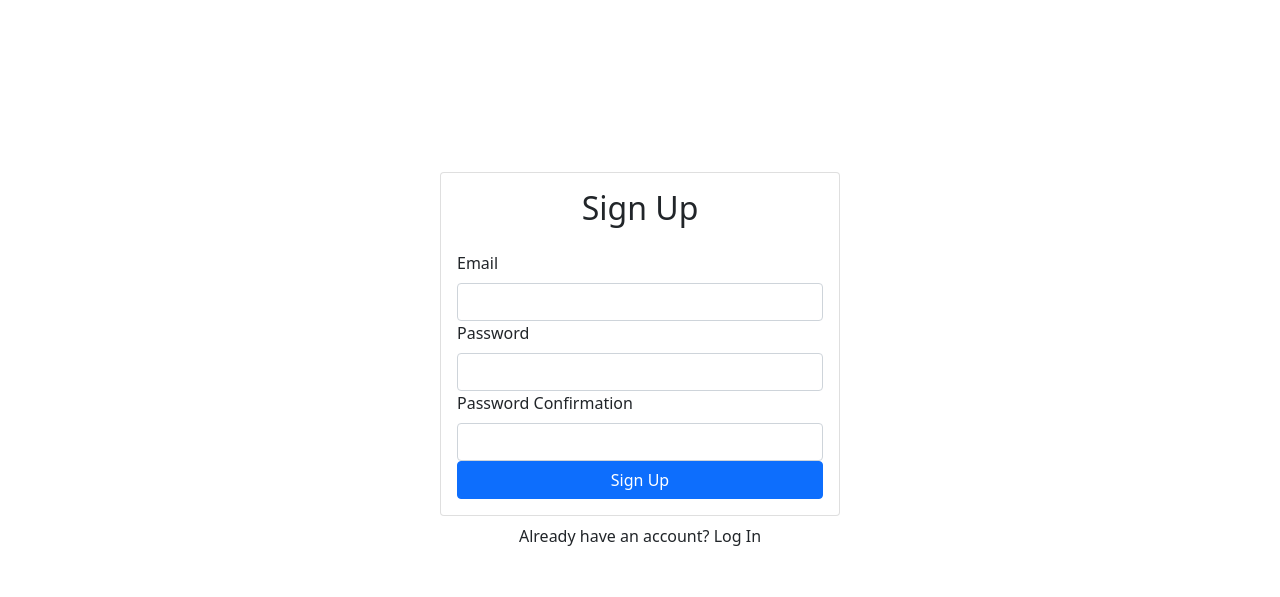
Repository: JaydenTianranYang/EsolApp
Page: /signup
The author's editor kept a copy of each file at every save. The page is drawn from the files as they stood at one save, then again after the next save.
The browser window is 1280 px wide. The pictures show the whole page.
The project was rebuilt for these pictures with package versions that can differ from the ones it lists, and the page was loaded fresh each time.

Above is the page before, as saved 2022-04-06 23:32:57.

### src/index.js
import React from 'react';
import ReactDOM from 'react-dom';
import './index.css';
import App from './components/App';
import reportWebVitals from './reportWebVitals';
import "bootstrap/dist/css/bootstrap.min.css"

ReactDOM.render(
  <React.StrictMode>
    <App />
  </React.StrictMode>,
  document.getElementById('root')
);

// If you want to start measuring performance in your app, pass a function
// to log results (for example: reportWebVitals(console.log))
// or send to an analytics endpoint. Learn more: https://bit.ly/CRA-vitals
reportWebVitals();

### src/components/App.js
import React from 'react'
import Signup from './Signup'
import { Container } from 'react-bootstrap'
import { AuthProvider } from '../contexts/AuthContext';

function App() {
  return (
    <AuthProvider>
      <Container className="d-flex align-items-center justify-content-center"
        style={{ minHeight: "100vh" }}
      >
        <div className="w-100" style={{ maxWidth: "400px" }}>
          <Signup />
        </div>
      </Container>
    </AuthProvider>
  )
}

export default App;

### src/components/Signup.js
import React, { useRef, useState } from 'react'
import { Form, Button, Card, Alert } from 'react-bootstrap'
import { useAuth } from '../contexts/AuthContext'

export default function Signup() {
    const emailRef = useRef()
    const passwordRef = useRef()
    const passwordConfirmRef = useRef()
    const { signup, currentUser } = useAuth()
    const [error, setError] = useState('')
    const [loading, setLoading] = useState(false)

    async function handleSubmit(e) {
        e.preventDefault()
        if (passwordRef.current.value !== passwordConfirmRef.current.value){
            return setError('Password do not match')
        }

        try{
            setError('')
            setLoading(true)
            await signup(emailRef.current.value, passwordRef.current.value)
        } catch {
            setError('Failed to create an account')
        }
        setLoading(false)
    }

    return (
        <>
            <Card>
                <Card.Body>
                    <h2 className="text-center mb-4">Sign Up</h2>
                    {currentUser}
                    {error && <Alert varaint="danger">{error}</Alert>}
                    <Form onSubmit={handleSubmit}>
                        <Form.Group id="email">
                            <Form.Label>Email</Form.Label>
                            <Form.Control type="email" ref={emailRef} required />
                        </Form.Group>
                        <Form.Group id="password">
                            <Form.Label>Password</Form.Label>
                            <Form.Control type="password" ref={passwordRef} required />
                        </Form.Group>
                        <Form.Group id="password-confirm">
                            <Form.Label>Password Confirmation</Form.Label>
                            <Form.Control type="password" ref={passwordConfirmRef} required />
                        </Form.Group>
                        <Button disabled={loading} className="w-100" type="submit">Sign Up</Button>
                    </Form>
                </Card.Body>
            </Card>
            <div className="w-100 text-center mt-2">
                Already have an account? Log In
            </div>
        </>
    )
}

### src/contexts/AuthContext.js
import React, { useContext, useState, useEffect } from 'react'
import { auth } from '../firebase'

const AuthContext = React.createContext()

export function useAuth() {
    return useContext(AuthContext)
}

export function AuthProvider({ children }) {
    const [currentUser, setCurrentUser] = useState()

    function signup(email, password) {
        return auth.createUserWithEmailAndPassword(email, password)
    }

    useEffect(() => {
        const unsubscribe = auth.onAuthStateChanged(user => {
            setCurrentUser(user)
        })

        return unsubscribe
    }, [])



    const value = {
        currentUser,
        signup
    }

    return (
        <AuthContext.Provider value={value}>
            {children}
        </AuthContext.Provider>
    )
}

### src/firebase.js
import firebase from "firebase/compat/app"
import "firebase/compat/auth"

const app = firebase.initializeApp({
    apiKey: process.env.REACT_APP_FIREBASE_API_KEY,
    authDomain: process.env.REACT_APP_FIREBASE_AUTH_DOMAIN,
    projectId: process.env.REACT_APP_FIREBASE_PROJECT_ID,
    storageBucket: process.env.REACT_APP_FIREBASE_STORAGE_BUCKET,
    messagingSenderId: process.env.REACT_APP_FIREBASE_MESSAGING_SENDER_ID,
    appId: process.env.REACT_APP_FIREBASE_APP_ID
})

export const auth = app.auth()
export default app

Loaded but not shown: public/index.html (common file); src/index.css (common file); src/reportWebVitals.js (common file)

After the next save:
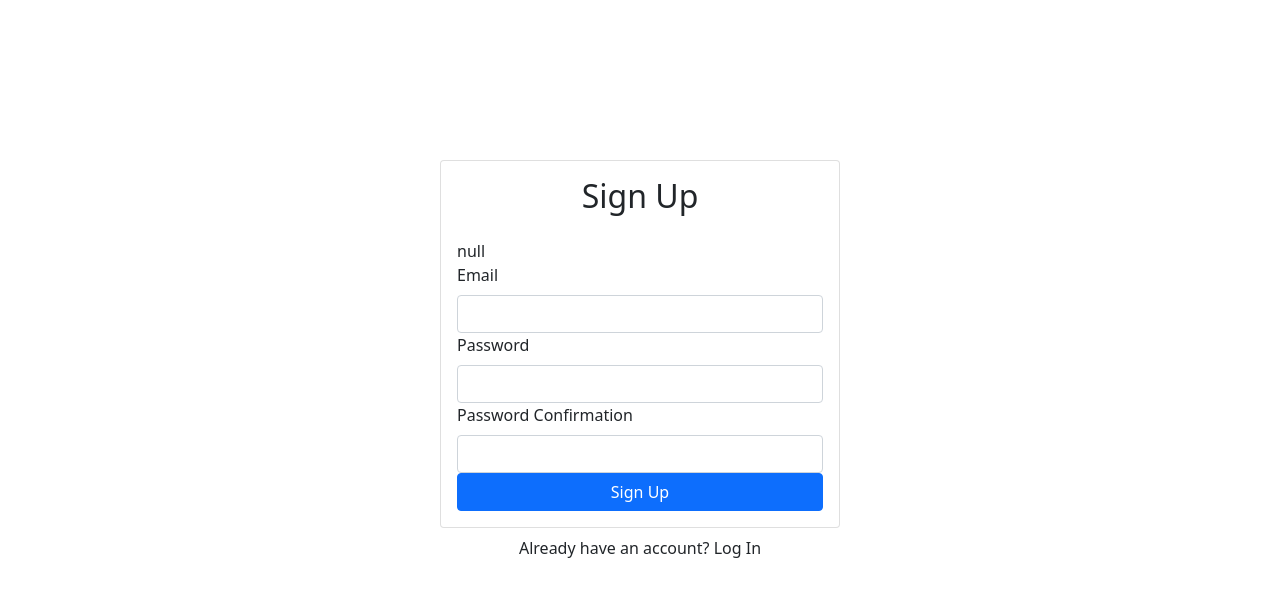
Saved 94 s later.
--- a/src/components/Signup.js
+++ b/src/components/Signup.js
@@ -31,7 +31,7 @@
             <Card>
                 <Card.Body>
                     <h2 className="text-center mb-4">Sign Up</h2>
-                    {currentUser}
+                    {JSON.stringify(currentUser)}
                     {error && <Alert varaint="danger">{error}</Alert>}
                     <Form onSubmit={handleSubmit}>
                         <Form.Group id="email">
